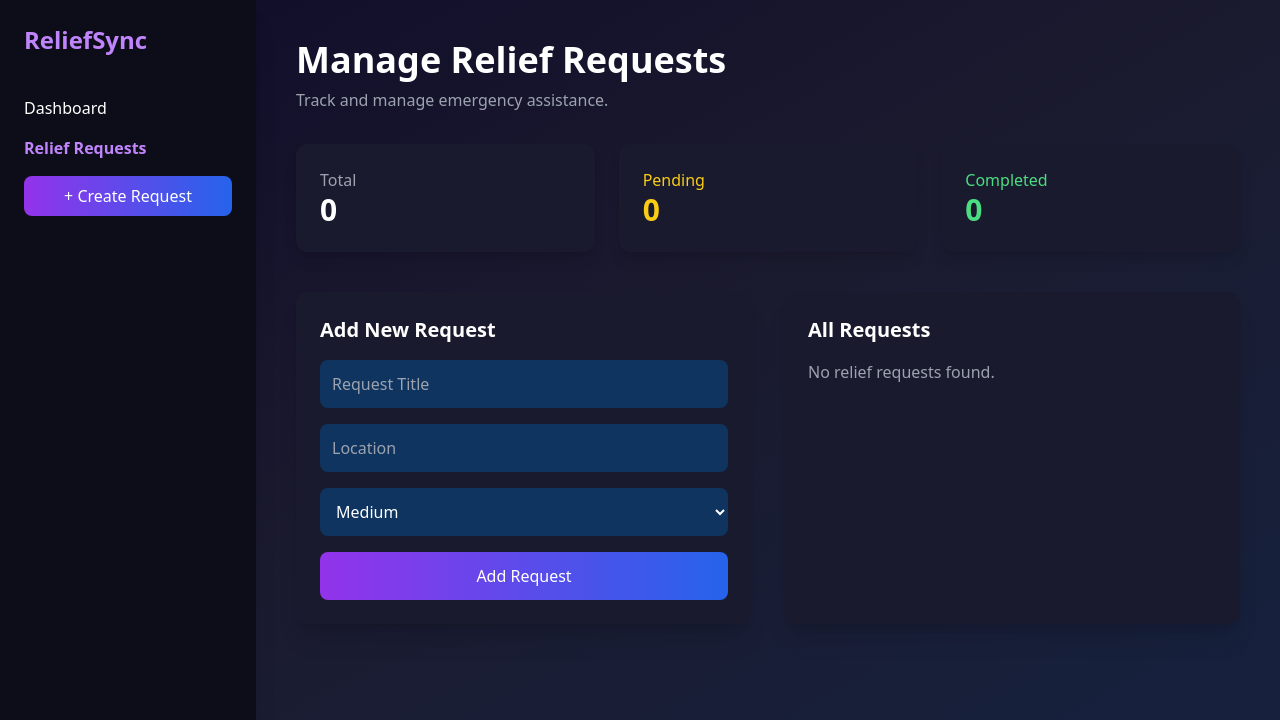
Repository: Gazal1116/Reliefsync
Page: /request (app in Frontend/)
An editor plug-in stored every save of this project. The page is shown before and after the next save, followed by the edit.
The browser window is 1280 px wide. The pictures show the whole page.
The page's requests for data from a server got no answer. The project was rebuilt for these pictures with package versions that can differ from the ones it lists, and the page was loaded fresh each time. No one was signed in, and anything a server would have sent is missing. Also part of the build but not shown: Frontend/vite.config.js, Frontend/src/components/register.jsx, Frontend/src/components/login.jsx.

Above is the page before, as saved 2026-03-03 17:46:05.

After the next save:
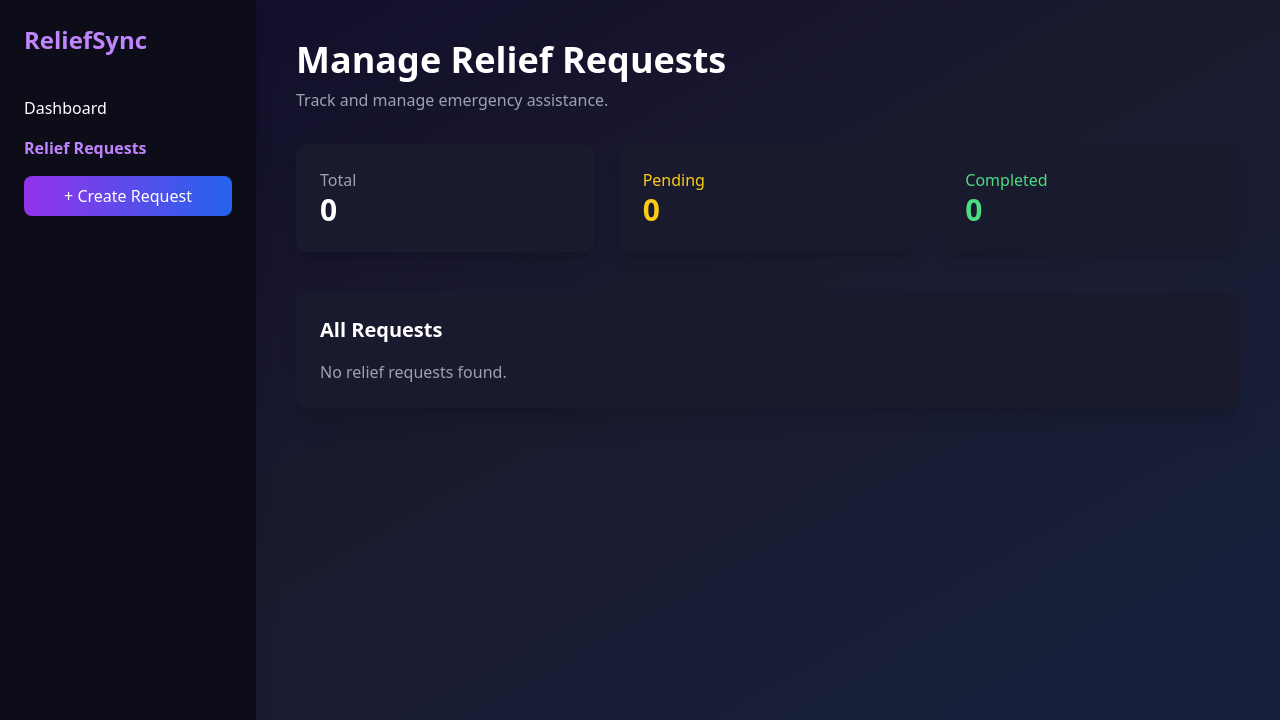
Saved 5 min 6 s later.
--- a/Frontend/src/components/reliefrequest.jsx
+++ b/Frontend/src/components/reliefrequest.jsx
@@ -3,13 +3,15 @@ import axios from "axios";
 
 const ReliefRequests = () => {
   const [requests, setRequests] = useState([]);
+  const [showModal, setShowModal] = useState(false);
+
   const [formData, setFormData] = useState({
     title: "",
     location: "",
     priority: "Medium",
   });
 
-  // 🔥 Fetch All Requests
+  // 🔥 Fetch Requests
   const fetchRequests = async () => {
     try {
       const res = await axios.get(
@@ -25,7 +27,7 @@ const ReliefRequests = () => {
     fetchRequests();
   }, []);
 
-  // 🔥 Handle Input Change
+  // 🔥 Handle Input
   const handleChange = (e) => {
     setFormData({
       ...formData,
@@ -33,7 +35,7 @@ const ReliefRequests = () => {
     });
   };
 
-  // 🔥 Add New Request
+  // 🔥 Submit Form
   const handleSubmit = async (e) => {
     e.preventDefault();
 
@@ -49,16 +51,21 @@ const ReliefRequests = () => {
         priority: "Medium",
       });
 
-      fetchRequests(); // refresh list
+      fetchRequests();
+      setShowModal(false);
     } catch (err) {
       console.log(err);
     }
   };
 
-  // 🔥 Counts
+  // 🔥 Stats
   const total = requests.length;
-  const pending = requests.filter((r) => r.status === "Pending").length;
-  const completed = requests.filter((r) => r.status === "Completed").length;
+  const pending = requests.filter(
+    (r) => r.status === "Pending"
+  ).length;
+  const completed = requests.filter(
+    (r) => r.status === "Completed"
+  ).length;
 
   return (
     <div className="flex min-h-screen bg-gradient-to-br from-[#0f0c29] via-[#1b1b2f] to-[#16213e] text-white">
@@ -80,12 +87,8 @@ const ReliefRequests = () => {
 
           <li className="mt-8">
             <button
+              onClick={() => setShowModal(true)}
               className="w-full py-2 rounded-lg bg-gradient-to-r from-purple-600 to-blue-600 hover:scale-105 transition-all duration-300"
-              onClick={() =>
-                document
-                  .getElementById("form-section")
-                  .scrollIntoView({ behavior: "smooth" })
-              }
             >
               + Create Request
             </button>
@@ -99,25 +102,26 @@ const ReliefRequests = () => {
         <h2 className="text-4xl font-bold mb-2">
           Manage Relief Requests
         </h2>
+
         <p className="text-gray-400 mb-8">
           Track and manage emergency assistance.
         </p>
 
-        {/* Stats */}
+        {/* Stats Cards */}
         <div className="grid grid-cols-3 gap-6 mb-10">
-          <div className="bg-[#1a1a2e] p-6 rounded-xl shadow-lg hover:scale-105 transition">
+          <div className="bg-[#1a1a2e] p-6 rounded-xl shadow-lg">
             <p className="text-gray-400">Total</p>
             <h3 className="text-3xl font-bold">{total}</h3>
           </div>
 
-          <div className="bg-[#1a1a2e] p-6 rounded-xl shadow-lg hover:scale-105 transition">
+          <div className="bg-[#1a1a2e] p-6 rounded-xl shadow-lg">
             <p className="text-yellow-400">Pending</p>
             <h3 className="text-3xl font-bold text-yellow-400">
               {pending}
             </h3>
           </div>
 
-          <div className="bg-[#1a1a2e] p-6 rounded-xl shadow-lg hover:scale-105 transition">
+          <div className="bg-[#1a1a2e] p-6 rounded-xl shadow-lg">
             <p className="text-green-400">Completed</p>
             <h3 className="text-3xl font-bold text-green-400">
               {completed}
@@ -125,18 +129,67 @@ const ReliefRequests = () => {
           </div>
         </div>
 
-        <div className="grid grid-cols-2 gap-8">
-
-          {/* Add Form */}
-          <div
-            id="form-section"
-            className="bg-[#1a1a2e] p-6 rounded-xl shadow-xl"
-          >
+        {/* Request List */}
+        <div className="bg-[#1a1a2e] p-6 rounded-xl shadow-xl">
+          <h3 className="text-xl font-semibold mb-4">
+            All Requests
+          </h3>
+
+          {requests.length === 0 ? (
+            <p className="text-gray-400">
+              No relief requests found.
+            </p>
+          ) : (
+            <div className="space-y-4">
+              {requests.map((req) => (
+                <div
+                  key={req._id}
+                  className="p-4 bg-[#0f3460] rounded-lg"
+                >
+                  <h4 className="font-semibold">
+                    {req.title}
+                  </h4>
+                  <p className="text-sm text-gray-300">
+                    {req.location}
+                  </p>
+                  <p className="text-sm mt-2">
+                    Priority:{" "}
+                    <span className="text-purple-400">
+                      {req.priority}
+                    </span>
+                  </p>
+                  <p className="text-sm">
+                    Status:{" "}
+                    <span className="text-yellow-400">
+                      {req.status}
+                    </span>
+                  </p>
+                </div>
+              ))}
+            </div>
+          )}
+        </div>
+
+      </div>
+
+      {/* 🔥 Modal */}
+      {showModal && (
+        <div className="fixed inset-0 flex items-center justify-center bg-black bg-opacity-60 z-50">
+          <div className="bg-[#1a1a2e] p-8 rounded-xl w-96 relative shadow-2xl">
+
+            <button
+              onClick={() => setShowModal(false)}
+              className="absolute top-3 right-3 text-gray-400 hover:text-white"
+            >
+              ✕
+            </button>
+
             <h3 className="text-xl font-semibold mb-4">
               Add New Request
             </h3>
 
             <form onSubmit={handleSubmit} className="space-y-4">
+
               <input
                 type="text"
                 name="title"
@@ -174,50 +227,12 @@ const ReliefRequests = () => {
               >
                 Add Request
               </button>
+
             </form>
           </div>
-
-          {/* Request List */}
-          <div className="bg-[#1a1a2e] p-6 rounded-xl shadow-xl">
-            <h3 className="text-xl font-semibold mb-4">
-              All Requests
-            </h3>
-
-            {requests.length === 0 ? (
-              <p className="text-gray-400">
-                No relief requests found.
-              </p>
-            ) : (
-              <div className="space-y-4">
-                {requests.map((req) => (
-                  <div
-                    key={req._id}
-                    className="p-4 bg-[#0f3460] rounded-lg hover:scale-105 transition"
-                  >
-                    <h4 className="font-semibold">{req.title}</h4>
-                    <p className="text-sm text-gray-300">
-                      {req.location}
-                    </p>
-                    <p className="text-sm mt-2">
-                      Priority:{" "}
-                      <span className="text-purple-400">
-                        {req.priority}
-                      </span>
-                    </p>
-                    <p className="text-sm">
-                      Status:{" "}
-                      <span className="text-yellow-400">
-                        {req.status}
-                      </span>
-                    </p>
-                  </div>
-                ))}
-              </div>
-            )}
-          </div>
-
         </div>
-      </div>
+      )}
+
     </div>
   );
 };
